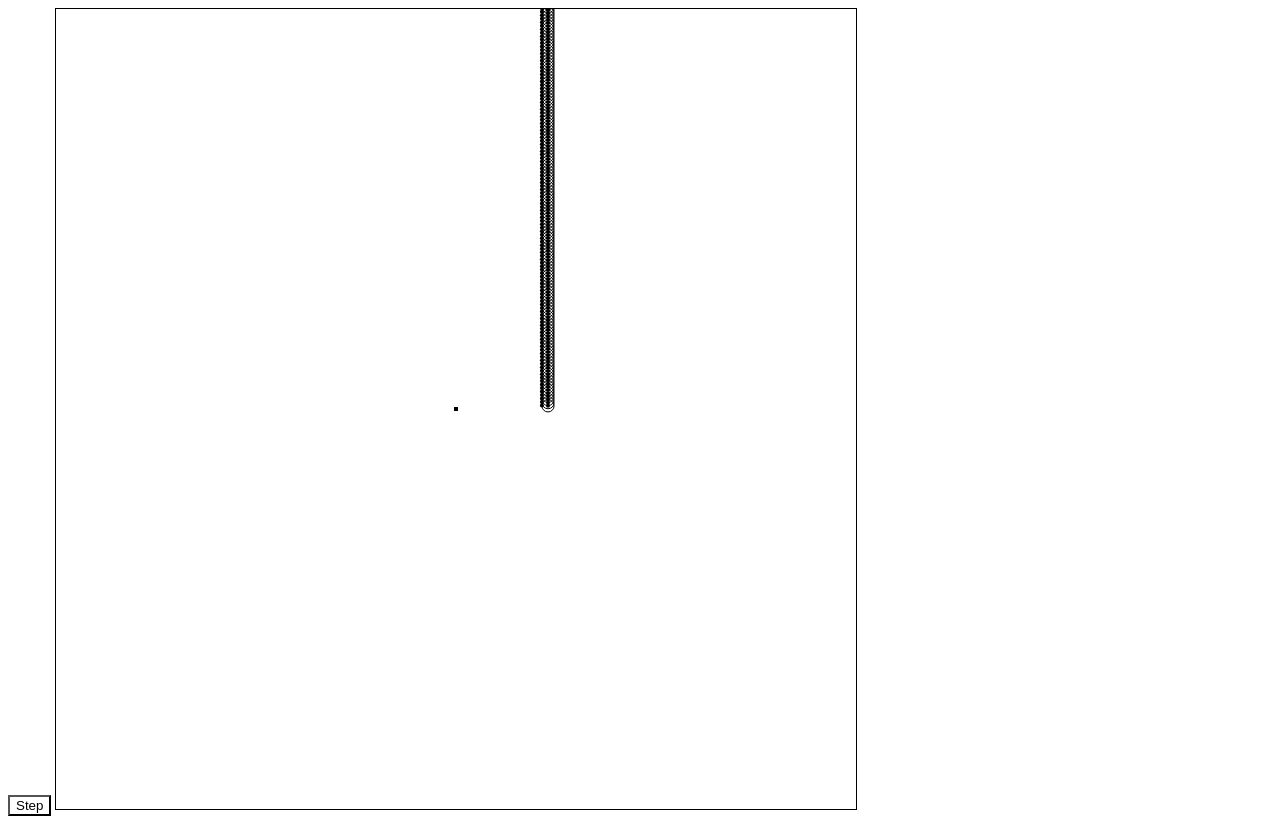
Repository: blahnikkai/n-body-simulation
Page: index.html
An editor plug-in stored every save of this project. The page is shown before and after a run of saves, followed by the edit.
The browser window is 1280 px wide. The pictures show the whole page.

Above is the page before, as saved 2024-02-22 15:56:57.

### index.html
<!DOCTYPE html>
<html lang="en">
    <head>
        <meta charset="UTF-8" />
        <meta name="viewport" content="width=device-width, initial-scale=1.0" />
        <title>Document</title>
        <link rel="stylesheet" href="styles.css">
        <script src="script.js" defer></script>
    </head>
    <body>
        <button id="step">Step</button>
        <canvas id="canvas" width="800" height="800">
    </body>
</html>

### styles.css
canvas {
    background-color: white;
    border: 1px solid black;
}

#step {
    background-color: white;
}

html {
    background-color: white;
}

### script.js
const G = 6.67e-11
const DIST_SCALE = 1000000
const TIME_SCALE = 5
const FRAMERATE = 60

class Vector {
    constructor(x, y) {
        this.x = x
        this.y = y
    }
}

function norm(vec) {
    return Math.hypot(vec.x, vec.y)
}

function add(vec1, vec2) {
    return new Vector(vec1.x + vec2.x, vec1.y + vec2.y)
}

function scale(scalar, vec) {
    return new Vector(scalar * vec.x, scalar * vec.y)
}

function sub(vec1, vec2) {
    return add(vec1, scale(-1, vec2))
}

function dist(vec1, vec2) {
    return norm(sub(vec1, vec2))
}

class Body {

    constructor(mass, pos, vel) {
        this.mass = mass
        this.pos = pos
        this.vel = vel
        this.acc = new Vector(0, 0)
    }

    integrate() {
        // do i need "this."
        console.log('starting integrate')
        console.log(`vel = ${this.vel}`)
        console.log(`pos = ${this.pos}`)
        this.vel = add(this.vel, scale(TIME_SCALE / FRAMERATE, this.acc))
        this.pos = add(this.pos, scale(TIME_SCALE / FRAMERATE, this.vel))
        console.log('ending integrate')
        console.log(`vel = ${this.vel}`)
        console.log(`pos = ${this.pos}`)
    }

    interact(body2) {
        const d = dist(this.pos, body2.pos)
        const acc_mag = G * body2.mass / Math.pow(d, 2)
        const diff = sub(body2.pos, this.pos)
        console.log(`in interact, diff = `)
        console.log(diff)
        const unit = scale(1 / norm(diff), diff)
        const acc = scale(acc_mag, unit)
        this.acc = add(this.acc, acc)
    }
}

function main() {
    canvas = document.getElementById('canvas')
    const ctx = canvas.getContext('2d')
    let bodies = []
    // sun
    bodies.push(new Body(1.99e33, new Vector(400 * DIST_SCALE, 400 * DIST_SCALE), new Vector(0, 0)))
    // earth
    // const v_earth = -37983549.0706
    bodies.push(new Body(5.97e29, new Vector((400 + 92) * DIST_SCALE, 400 * DIST_SCALE), new Vector(0, -37983549.0706)))
    // moon ?!
    bodies.push(new Body(7.35e22, new Vector((400 + 92 - 6.1) * DIST_SCALE, 400 * DIST_SCALE), new Vector(0, -37983549.0706 - 1.5 * 2555031)))
    canvas.addEventListener('click', (e) => {
        const rect = e.target.getBoundingClientRect()
        const x = e.clientX - rect.left
        const y = e.clientY - rect.top
        const body = new Body(1_000_000, new Vector(DIST_SCALE * x, DIST_SCALE * y), new Vector(0, 0))
        console.log('clicked')
        bodies.push(body)
    })
    const step = () => {
        for(let i = 0; i < bodies.length; ++i) {
            bodies[i].acc = new Vector(0, 0)
        }
        for(let i = 0; i < bodies.length; ++i) {
            for(let j = i + 1; j < bodies.length; ++j) {
                bodies[i].interact(bodies[j])
                bodies[j].interact(bodies[i])
            }
        }
        ctx.clearRect(0, 0, canvas.width, canvas.height)
        ctx.beginPath()
        ctx.arc(400, 400, 92, 0, 2 * Math.PI)
        ctx.stroke()
    }

    const render = () => {

        for(let i = 0; i < bodies.length; ++i) {
            bodies[i].integrate()
            ctx.beginPath()
            ctx.arc(bodies[i].pos.x / DIST_SCALE, bodies[i].pos.y / DIST_SCALE, 2, 0, 2 * Math.PI)
            ctx.fill()
            console.log('drawing')
            console.log(bodies)
            console.log(bodies[i].pos.x)
            console.log(bodies[i].pos.y)
        }
        ctx.beginPath()
        ctx.arc(bodies[1].pos.x / DIST_SCALE, bodies[1].pos.y / DIST_SCALE, 6.1, 0, 2 * Math.PI)
        ctx.stroke()
        // setTimeout(render, 1000 / FRAMERATE)
        window.requestAnimationFrame(render)
    }
    render()
    const step_btn = document.getElementById('step')
    step_btn.addEventListener('click', () => {
        step()
    })
}

main()

After the next 2 saves:
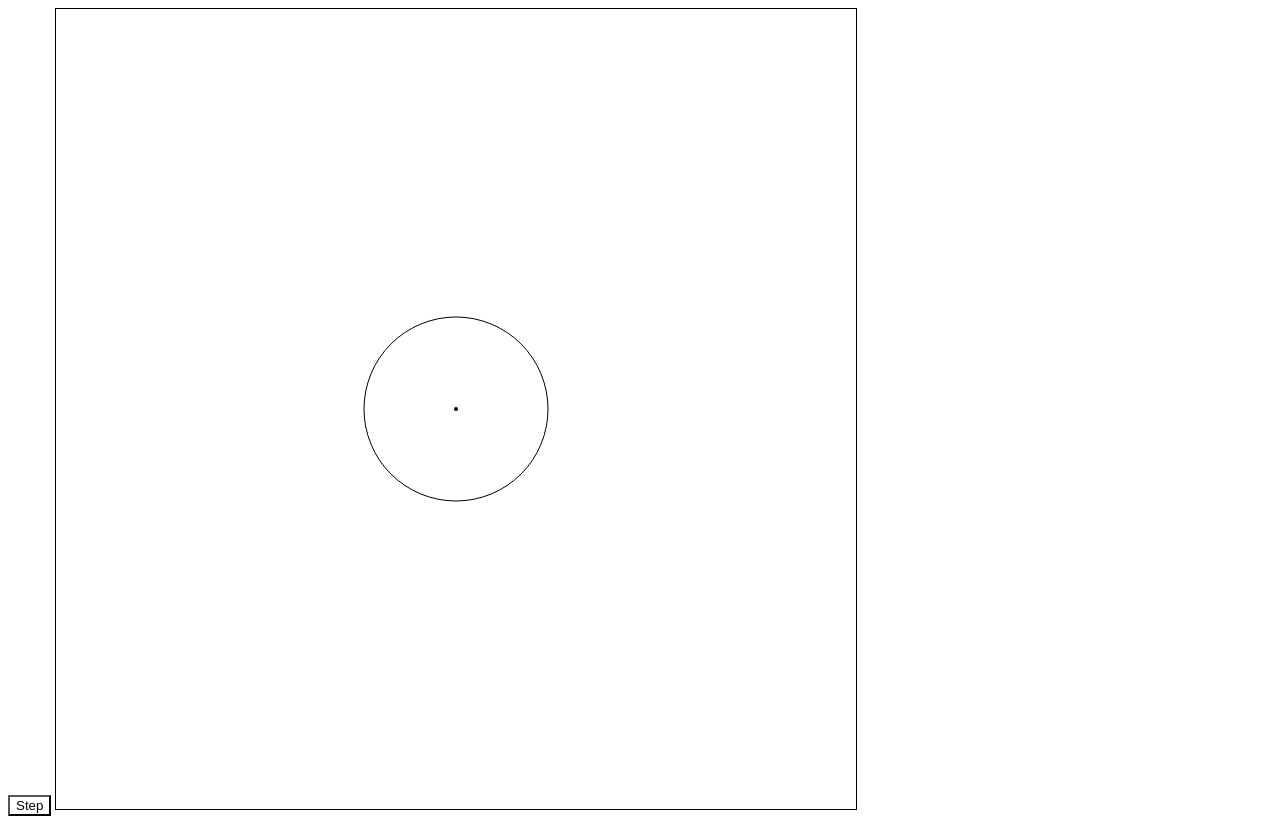
The 2 saves are shown as one change because they came seconds apart.
The last was saved 9 s later.
--- a/script.js
+++ b/script.js
@@ -92,14 +92,13 @@
                 bodies[j].interact(bodies[i])
             }
         }
+    }
+
+    const render = () => {
         ctx.clearRect(0, 0, canvas.width, canvas.height)
         ctx.beginPath()
         ctx.arc(400, 400, 92, 0, 2 * Math.PI)
         ctx.stroke()
-    }
-
-    const render = () => {
-
         for(let i = 0; i < bodies.length; ++i) {
             bodies[i].integrate()
             ctx.beginPath()

After the 3 saves that followed:
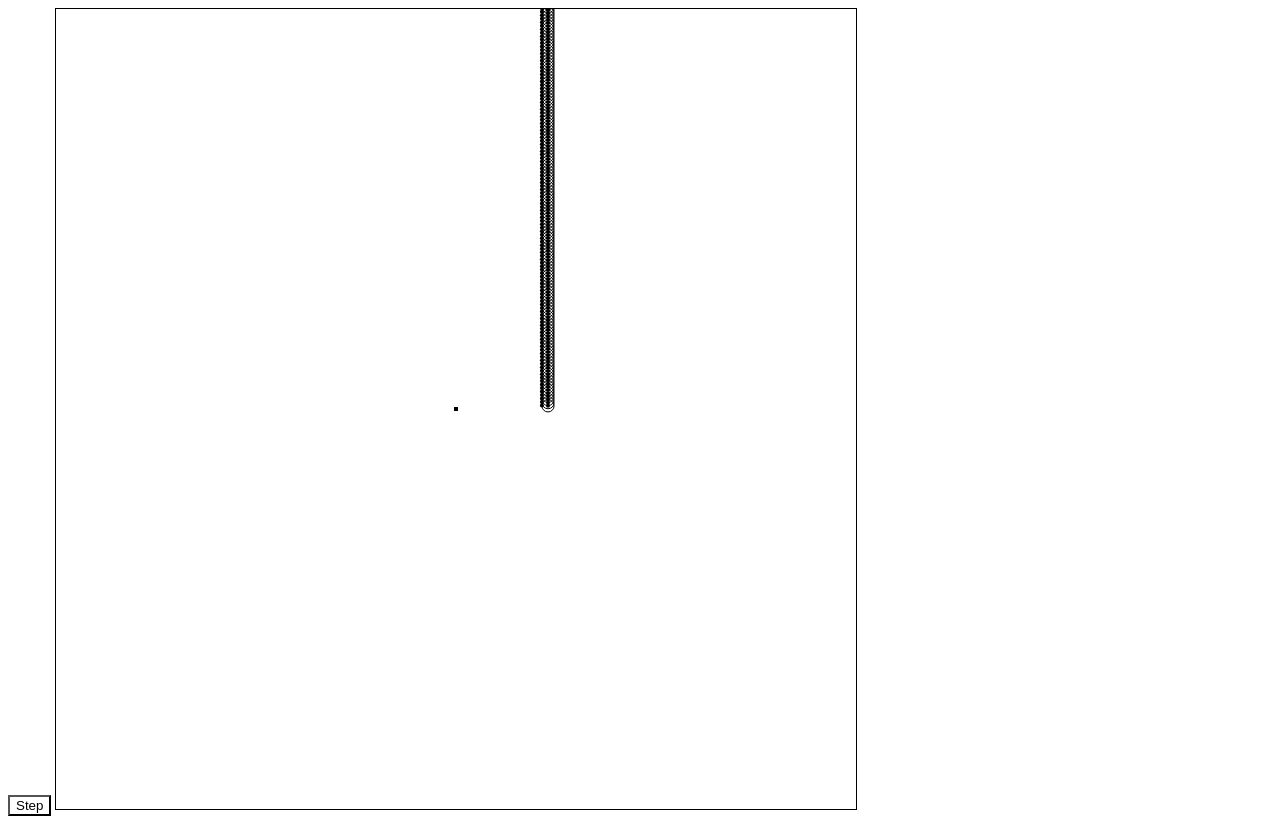
The 3 saves are shown as one change because 1 left the picture as it was and some came seconds apart.
The last was saved 19 s later.
--- a/script.js
+++ b/script.js
@@ -92,13 +92,14 @@
                 bodies[j].interact(bodies[i])
             }
         }
-    }
-
-    const render = () => {
         ctx.clearRect(0, 0, canvas.width, canvas.height)
         ctx.beginPath()
         ctx.arc(400, 400, 92, 0, 2 * Math.PI)
         ctx.stroke()
+    }
+
+    const render = () => {
+
         for(let i = 0; i < bodies.length; ++i) {
             bodies[i].integrate()
             ctx.beginPath()
@@ -118,7 +119,7 @@
     render()
     const step_btn = document.getElementById('step')
     step_btn.addEventListener('click', () => {
-        step()
+        render()
     })
 }
 
